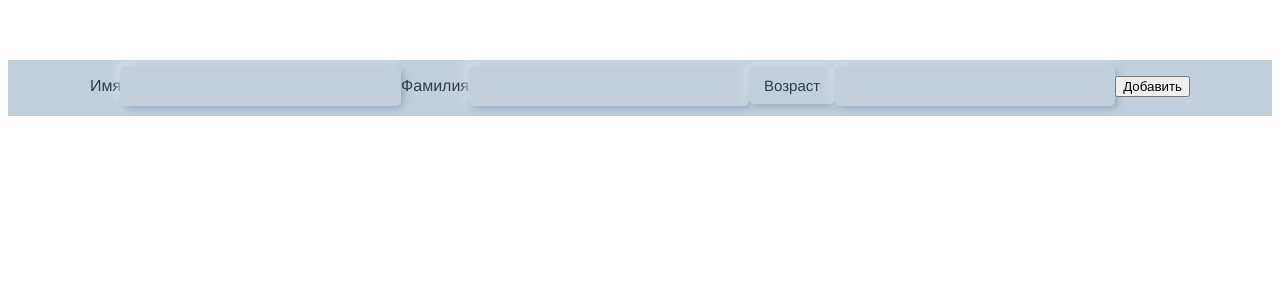
Repository: shum89/test-vue-table
Page: /
These files come from the project's save history. The page is drawn as it stood at one moment and after the next save; the edit follows.
The browser window is 1280 px wide. The pictures show the whole page.
The project was rebuilt for these pictures with package versions that can differ from the ones it lists, and the page was loaded fresh each time. Also part of the build but not shown: vue.config.js.

Above is the page before, as saved 2021-07-18 15:37:03.

### src/App.vue
<template>
  <Form @submit="addData" />
  <Table @remove="removeData" :list="list" />
</template>
<script>
import { uuid } from 'vue-uuid';
import { ref } from 'vue';
import Form from './components/Form.vue';
import Table from './components/Table.vue';

export default {
  components: { Form, Table },
  setup() {
    const list = ref([]);

    const normalizeString = (str) => {
      const result = str.charAt(0).toUpperCase() + str.slice(1).toLowerCase();
      return result;
    };

    const addData = (person) => {
      list.value.push({
        firstName: normalizeString(person.firstName),
        lastName: normalizeString(person.lastName),
        age: person.age,
        id: uuid.v1(),
      });
    };

    const removeData = (id) => {
      list.value = list.value.filter((i) => i.id !== id);
    };

    return {
      list,
      addData,
      removeData,
    };
  },
};
</script>
<script></script>

<style>
body {
  --base: #090e10;
  --base1: #ebeff3;
  --base2: #c3d0db;
  --base3: #88a1b7;
  --baseDark1: #396387;
  --baseDark2: #204566;
  --baseDark3: #152e44;
  --input-shadow: 2px 2px 9px var(--base3), -2px -2px 9px var(--base1);
  --input-shadow-active: inset 2px 2px 6px var(--base3), inset -2px -2px 6px var(--base1),
    1px 1px 6px var(--base3), -1px -1px 6px var(--base1);
  --shadow-transition: all 0.25s cubic-bezier(0.17, 0.67, 0.83, 0.67);
}
fieldset {
  border: none;
}
#app {
  font-family: Avenir, Helvetica, Arial, sans-serif;
  -webkit-font-smoothing: antialiased;
  -moz-osx-font-smoothing: grayscale;
  text-align: center;
  color: #2c3e50;
  margin-top: 60px;
  background: var(--base2);
  box-sizing: border-box;
}
.table__row-group {
  display: flex;
  align-items: center;
  flex-direction: column;
}
.table__row {
  display: grid;
  gap: 5px;
  grid-template-columns: repeat(3, 1fr);
  justify-content: center;
  max-width: 500px;
  width: 100%;
}
</style>

### src/components/Form.vue
<template>
  <form @submit.prevent="onSubmit">
    <fieldset class="form__fieldset">
      <label for="firstName">
        <span>Имя</span>
        <input class="form__input" v-model="person.firstName" type="text" id="firstName" />
      </label>

      <label for="lastName">
        <span>Фамилия</span>
        <input class="form__input" v-model="person.lastName" type="text" id="lastName" />
      </label>
      <label for="age">
        <span class="form__input">Возраст</span>
        <input class="form__input" v-model="person.age" type="number" id="age" />
      </label>
      <button type="submit">Добавить</button>
    </fieldset>
  </form>
</template>

<script>
import { reactive } from 'vue';

export default {
  setup(_, { emit }) {
    const person = reactive({
      firstName: '',
      lastName: '',
      age: '',
    });
    const onSubmit = () => {
      emit('submit', person);
    };

    return { onSubmit, person };
  },

  name: 'Form',
  inheritAttrs: false,
};
</script>

<style scoped>
.form__input {
  border: none;
  appearance: none;
  width: 100%;
  max-width: 250px;
  border-radius: 10px;
  font-size: 15px;
  line-height: 20px;
  min-height: 20px;
  padding: 10px 15px;
  background: var(--base2);
  box-shadow: var(--input-shadow);
  border-radius: 5px;
  transition: var(--shadow-transition);
}
.form__input:focus-within {
  transition: var(--shadow-transition);
  box-shadow: var(--input-shadow-active);
  border: var(--baseDark3);
  outline: 0;
}
</style>

### src/components/Table.vue
<template>
  <div v-if="list.length > 0" class="table" role="grid" aria-colcount="3">
    <div class="table__row-group" role="rowgroup">
      <div class="table__row" role="row">
        <span role="columnheader" aria-colindex="1">First Name</span>
        <span role="columnheader" aria-colindex="2">Last Name</span>
        <span role="columnheader" aria-colindex="3">Age</span>
      </div>
    </div>
    <div class="table__row-group" role="rowgroup">
      <div class="table__row" v-for="listItems in list" :key="listItems.id" role="row">
        <div aria-colindex="1" role="gridcell">
          <span> {{ listItems.firstName }}</span>
        </div>
        <div aria-colindex="2" role="gridcell">
          <span> {{ listItems.lastName }}</span>
        </div>
        <div aria-colindex="3" role="gridcell">
          <span>{{ listItems.age }}</span>
        </div>
        <button @click="removeData(listItems.id)">X</button>
      </div>
    </div>
  </div>
</template>

<script>
export default {
  props: {
    list: Array,
  },
  setup(_, { emit }) {
    const removeData = (id) => {
      emit('remove', id);
    };
    return { removeData };
  },
  name: 'Table',
};
</script>

<style></style>

Loaded but not shown: public/index.html (common file); src/main.js (common file)

After the next save:
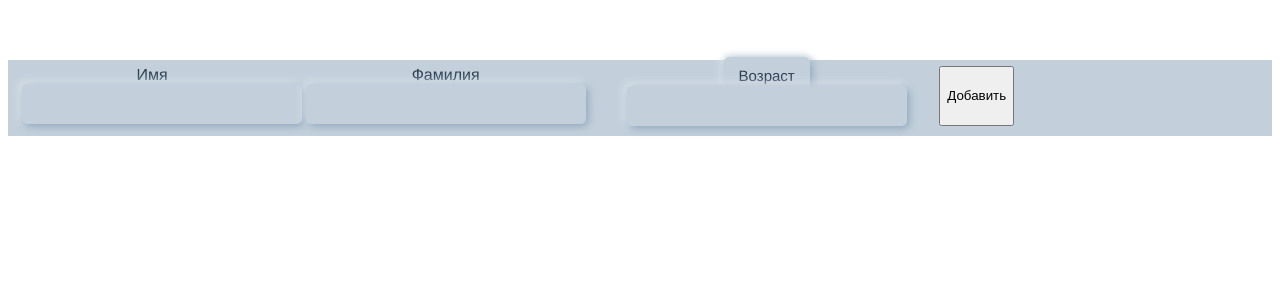
Saved 23 s later.
--- a/src/components/Form.vue
+++ b/src/components/Form.vue
@@ -63,4 +63,8 @@ export default {
   border: var(--baseDark3);
   outline: 0;
 }
+.form__fieldset {
+  display: flex;
+  gap: 15px;
+}
 </style>
